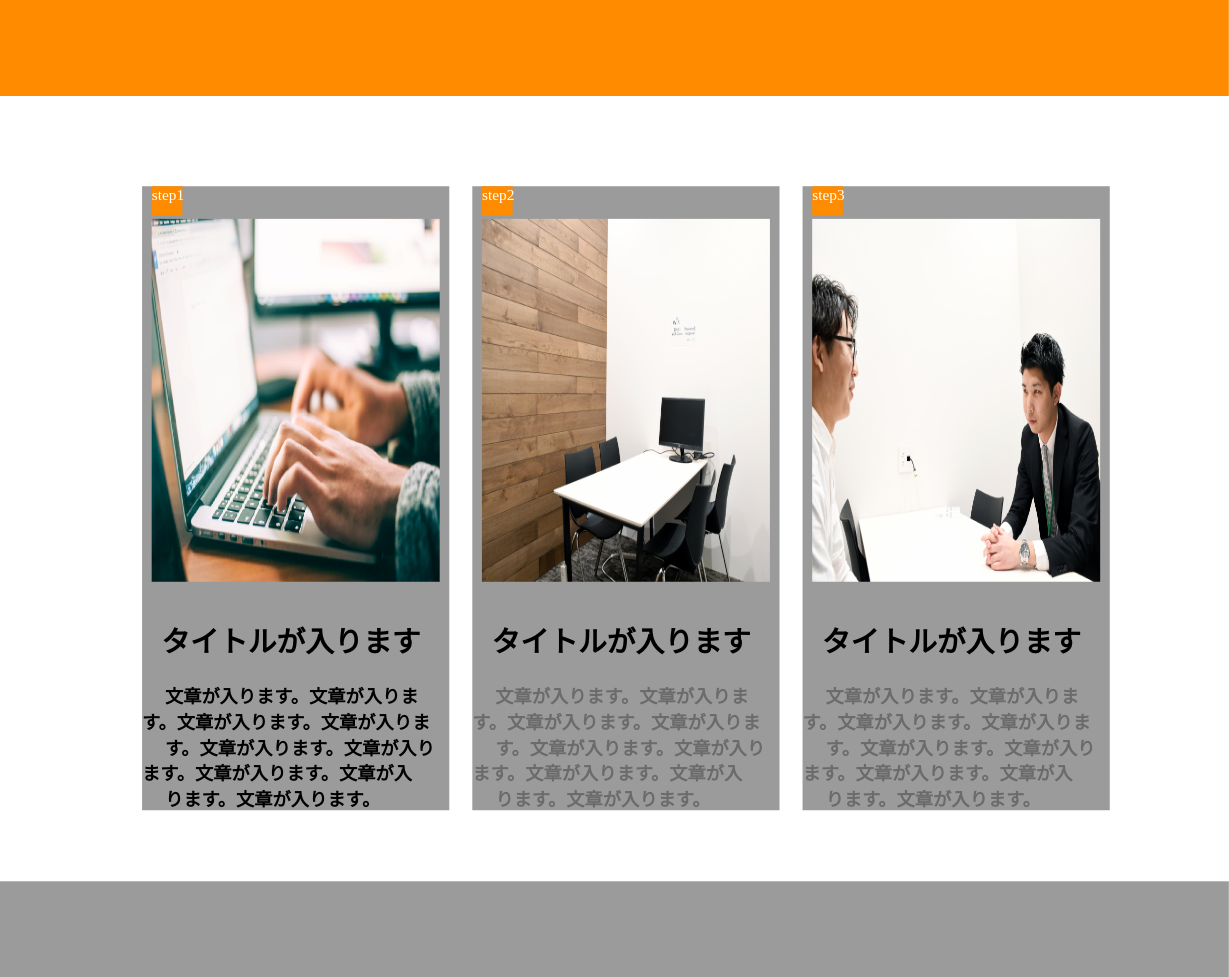
Repository: shiotaryuto/kadai1-10
Page: 課題/課題.html
The author's editor kept a record of every edit. The page is drawn from the files as they stood at one moment, then again after the next edit.
The browser window is 1280 px wide. The pictures show the whole page, at 96% of full size.
Some web libraries are served in a nearby version.

Above is the page before.

### 課題/課題.html
<!DOCTYPE html>
<html lang="ja">
  <head>
    <meta charset="UTF-8" />
    <meta name="viewport" content="width=device-width,initial-scale=1.0">
    <script src="https://kit.fontawesome.com/35efbb9d9d.js" crossorigin="anonymous"></script>
    <link rel="stylesheet" href="style.css" />
    <title>課題提出</title>
  </head>

  <body>
    <header></header>

　<main>
　    <div class="step1">
　      <img class="step1-img" src="img/flow01.png" />
　    <div class="step1-heading">step1</div>
　     <div class="step1-item">
　        <h3 class="step1-text-heading">
　          <p>タイトルが入ります</p></br>
　          文章が入ります。文章が入ります。文章が入ります。文章が入りま
　          す。文章が入ります。文章が入ります。文章が入ります。文章が入
　          ります。文章が入ります。
　          </h2>
　        </h3>
　      </div>
　    </div>

　     <div class="step2">
　      <img class="step2-img" src="img/flow02.png" />
　    <div class="step2-heading">step2</div>
　     <div class="step2-item">
　        <h3 class="step2-text-heading">
　         <p> タイトルが入ります</p></br>
　          <p1>文章が入ります。文章が入ります。文章が入ります。文章が入りま
　          す。文章が入ります。文章が入ります。文章が入ります。文章が入
　          ります。文章が入ります。</p1>
　          </h2>
　        </h3>
　      </div>
　    </div>

　     <div class="step3">
　      <img class="step3-img" src="img/flow03.png" />
　    <div class="step3-heading">step3</div>
　     <div class="step3-item">
　        <h3 class="step3-text-heading">
　         <p>タイトルが入ります</p></br>
　         <p1> 文章が入ります。文章が入ります。文章が入ります。文章が入りま
　          す。文章が入ります。文章が入ります。文章が入ります。文章が入
　          ります。文章が入ります。</p1>
　          </h2>
　        </h3>
　      </div>
　    </div>
　</main>
　<footer></footer>
  </body>

### 課題/style.css
* {
  margin: 0;
  padding: 0;
  box-sizing: border-box;
  color: #6c6b6b;
}

a{
  text-decoration: none;
}

header{
  width: 100%;
  padding: 50px;
  background-color: #ff8c00;
}

main{
  width: 100%;
  margin-top: 50px;
  margin-bottom: 50px;
}

.step1{
  position: relative;
  display: inline-block;
  width: 25%;
  height: 650px;
  margin-left: 10%;
text-align: center;
padding: 10px;
  background-color: #9c9b9b;
}
.step1-heading{
  position: absolute;
width: 10%;
height: 30px;
top: 0;
  background-color: #ff8c00;
  color: white;
}

.step1-img{
  width: 100%;
  height: 60%;
}

.step1-item{
 width: 100%;
 left: 0;
}

.step1-text-heading{
  position: absolute;
  text-align: left;
  width: 100%;
  top: 65%;
  left: 0;
  font-size: 19px;
  color: black;
}

.step2{
  position: relative;
  display: inline-block;
  width: 25%;
  height: 650px;
  margin-top: 20px;
text-align: center;
padding: 10px;
  background-color: #9c9b9b;
}

.step2-heading{
  position: absolute;
width: 10%;
height: 30px;
top: 0;
  background-color: #ff8c00;
  color: white;
}

.step2-img{
  width: 100%;
  height: 60%;
}

.step2-item{
 width: 100%;
 left: 0;
}

.step2-text-heading{
  position: absolute;
  text-align: left;
  width: 100%;
  top: 65%;
  left: 0;
  font-size: 19px;
  color: black;
}

.step3{
  position: relative;
  display: inline-block;
  width: 25%;
  height: 650px;
  margin-top: 20px;
text-align: center;
padding: 10px;
  background-color: #9c9b9b;
}

.step3-heading{
  position: absolute;
width: 10%;
height: 30px;
top: 0;
  background-color: #ff8c00;
  color: white;

}

.step3-img{
  width: 100%;
  height: 60%;
}


.step3-item{
 width: 100%;
 left: 0;
}

.step3-text-heading{
  position: absolute;
  text-align: left;
  width: 100%;
  top: 65%;
  left: 0;
  font-size: 19px;
  color: black;
}

p{
  font-size: 30px;
  padding-left: 20px;
  color: black;

}
footer{
  width: 100%;
  padding: 50px;
  background-color: #9c9b9b;
}

@media screen and (max-width:768px){
  header{
    width: 100%;
  }

main{
  width: 100%;
}

.step1{
  width: 80%;
  height: 400px;
  left: 0;
}

.step1-text-heading{
  top: 60%;
  font-size: 15px;
}

.step2{
  width: 80%;
  height: 400px;
  margin-left: 10%;
}

.step2-text-heading{
  top: 60%;
  font-size: 15px;
}

.step3{
  width: 80%;
  height: 400px;
  margin-left: 10%;
}

.step3-text-heading{
  top: 60%;
  font-size: 15px;
}

footer{
  width: 100%;
}

After the next edit:
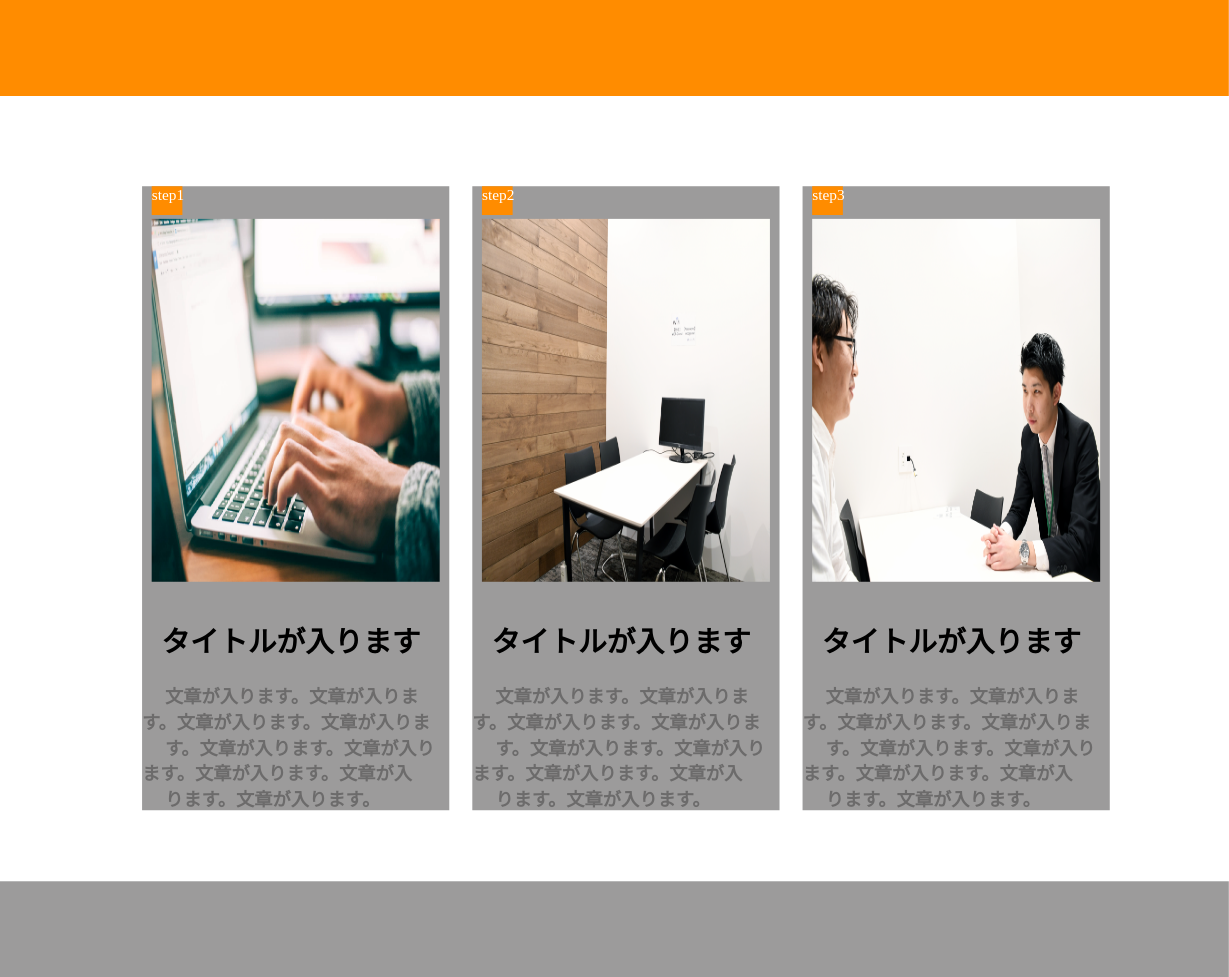
The edit:
--- a/課題/課題.html
+++ b/課題/課題.html
@@ -18,7 +18,7 @@
 　     <div class="step1-item">
 　        <h3 class="step1-text-heading">
 　          <p>タイトルが入ります</p></br>
-　          文章が入ります。文章が入ります。文章が入ります。文章が入りま
+　         <P1> 文章が入ります。文章が入ります。文章が入ります。文章が入りま
 　          す。文章が入ります。文章が入ります。文章が入ります。文章が入
 　          ります。文章が入ります。
 　          </h2>
